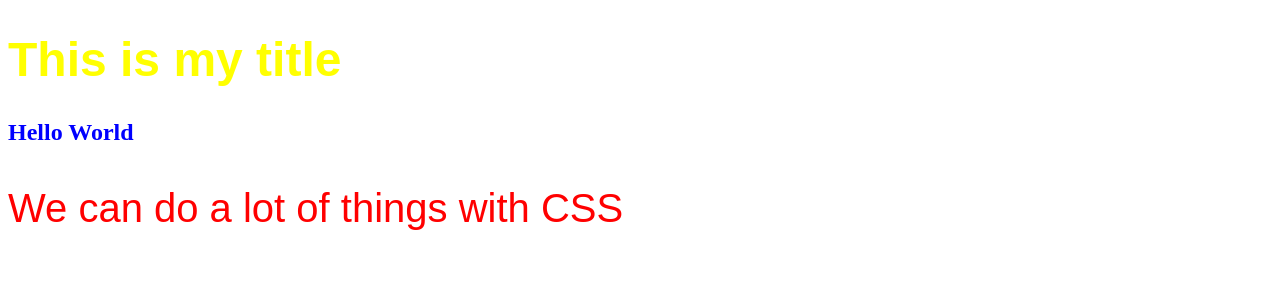
Repository: yjaneyy/ps-class-demo
Page: index.html
The author's editor kept a record of every edit. The page is drawn from the files as they stood at one moment, then again after the next edit.
The browser window is 1280 px wide. The pictures show the whole page.

Above is the page before.

### index.html
<!DOCTYPE html>
<html>
    <head>
        <title>Example Page</title>
        <style>
            #paragraph{
                font-size:40px;
                color: red;
            }
            .font-selector{
                font-family:Arial;
            }
            h2{
                color:blue;
            }
        </style>
    </head>
    <body>
        <!--inline comment-->
        <h1 class="font-selector" style="color:yellow; font-size:48px">This is my title</h1>
        <h2 class="hello-world-selector">Hello World</h2>
        <p class="font-selector" id="paragraph">
            We can do a lot of things with CSS
        </p>
    </body>
</html>

After the next edit:
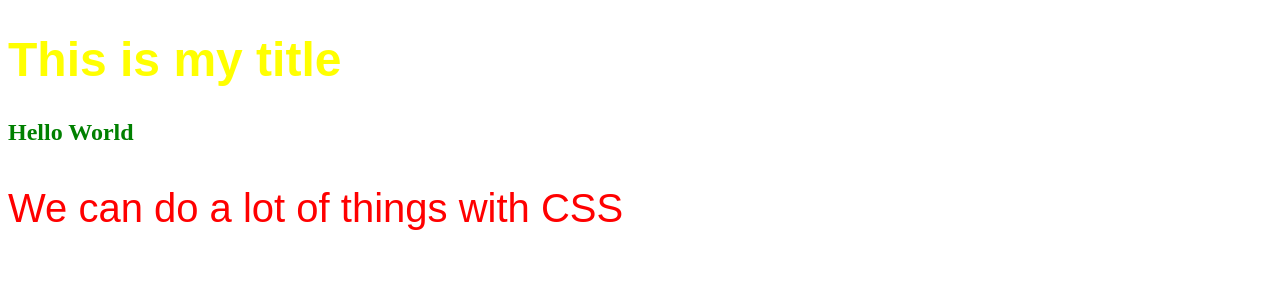
The edit:
--- a/index.html
+++ b/index.html
@@ -13,6 +13,9 @@
             h2{
                 color:blue;
             }
+            .hello-world-selector{
+                color: green;
+            }
         </style>
     </head>
     <body>
